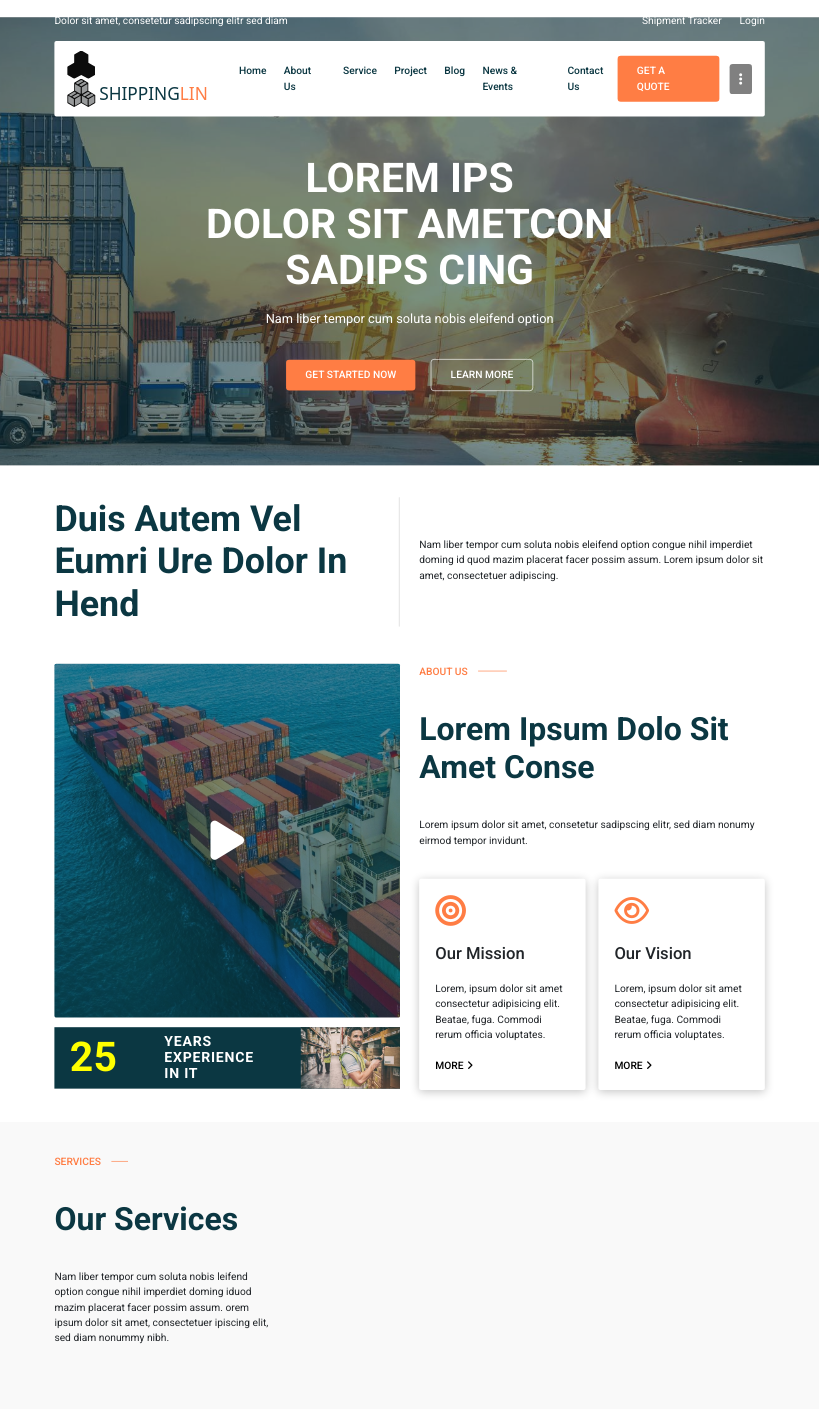
Repository: nazmulalok/shipping-theme
Page: index.html
An editor plug-in stored every save of this project. The page is shown before and after the next save, followed by the edit.
The browser window is 1280 px wide. The pictures show the whole page, at 64% of full size.
Some web libraries are served in a nearby version.

Above is the page before, as saved 2022-10-08 21:53:58.

After the next save:
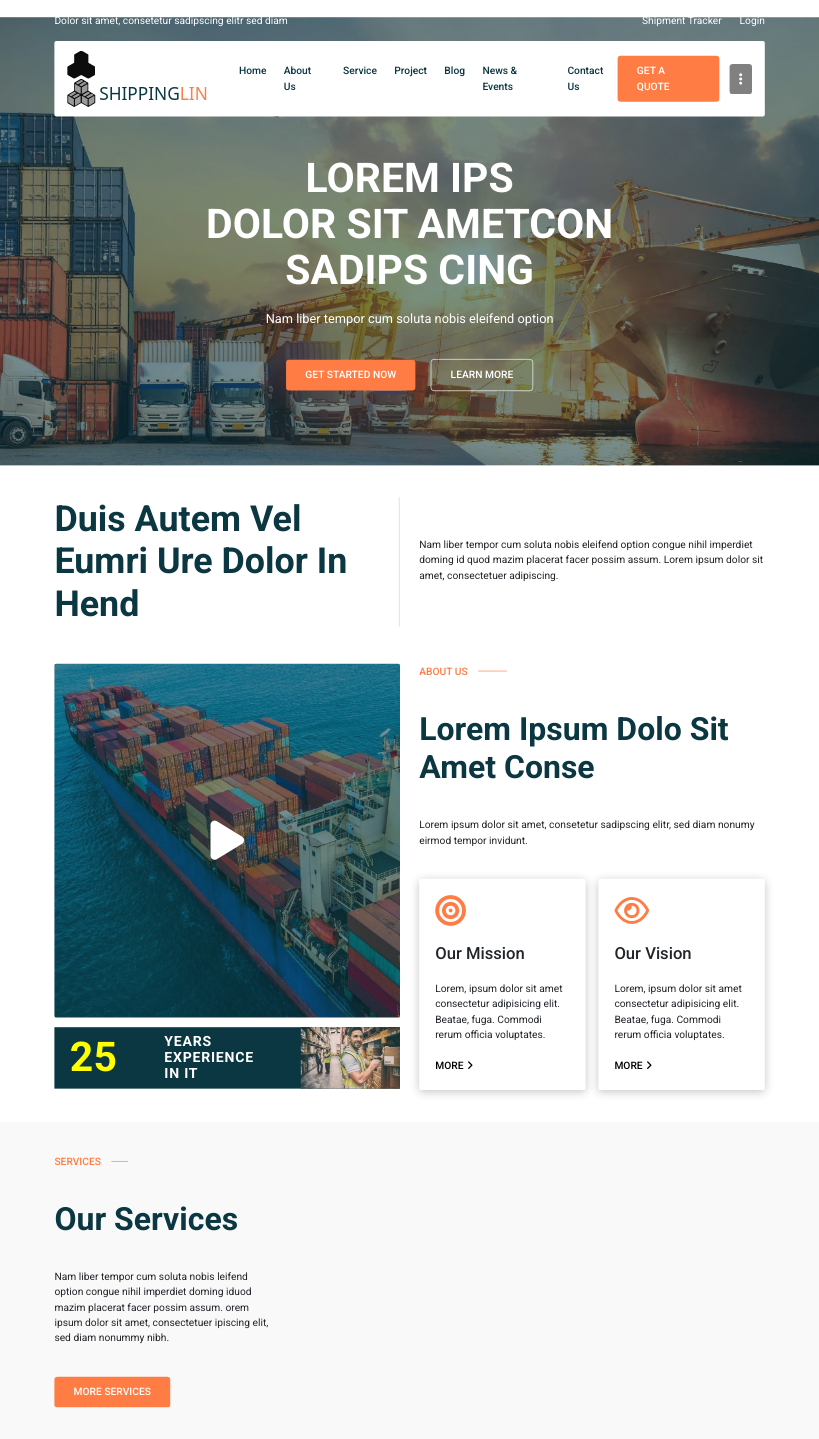
Saved 39 s later.
--- a/index.html
+++ b/index.html
@@ -149,6 +149,7 @@
                         <p class="mb-5">Nam liber tempor cum soluta nobis leifend option congue nihil imperdiet doming
                             iduod mazim placerat facer possim assum. orem ipsum dolor sit amet, consectetuer ipiscing
                             elit, sed diam nonummy nibh.</p>
+                        <a href="#" class="common-btn">More Services</a>
                     </div>
                     <div class="col-lg-8">
 
